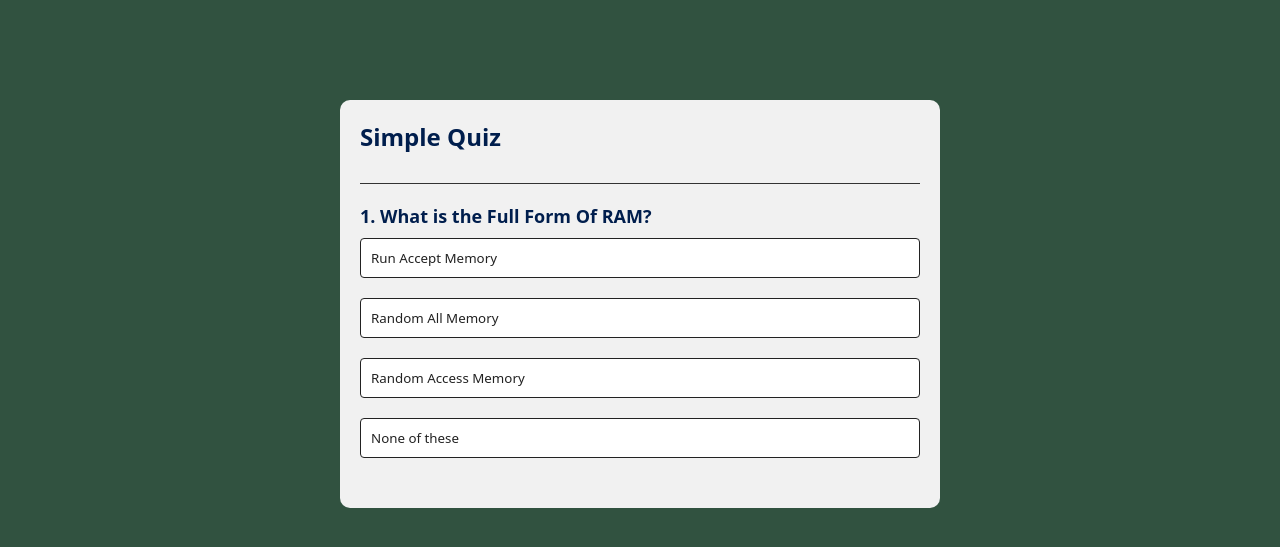
Repository: VickyJacob23/Quiz-App
Page: index.html
The author's editor kept a copy of each file at every save. The page is drawn from the files as they stood at one save, then again after the next save.
The browser window is 1280 px wide. The pictures show the whole page.

Above is the page before, as saved 2024-08-05 18:14:49.

After the next save:
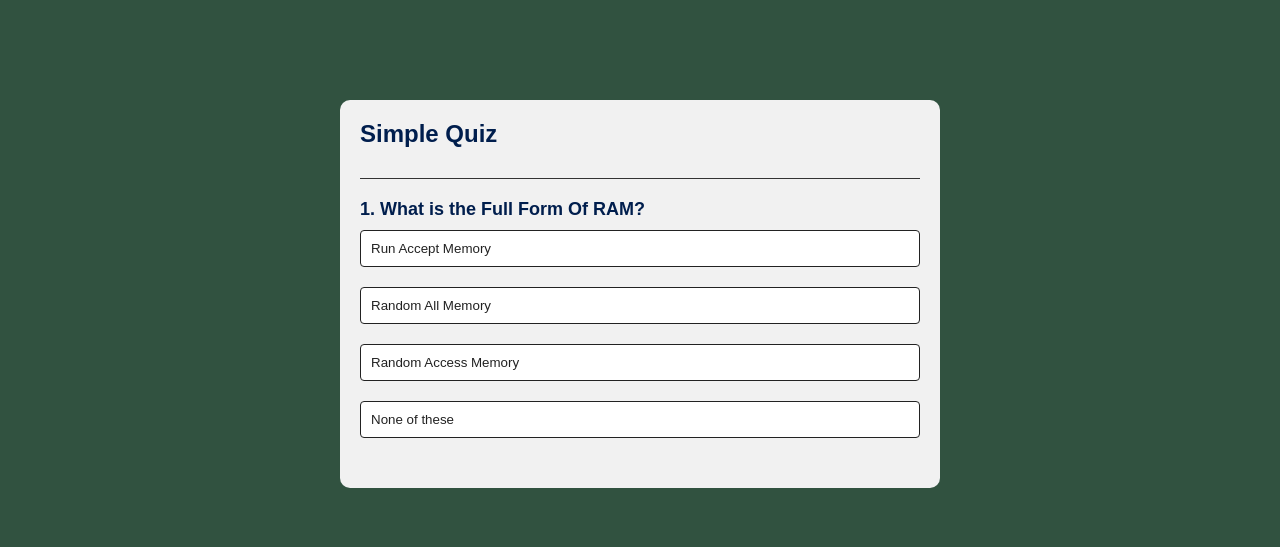
Saved 117 s later.
--- a/styles.css
+++ b/styles.css
@@ -2,7 +2,7 @@
     margin: 0;
     padding: 0;
     box-sizing: border-box;
-    font-family: system-ui, -apple-system, BlinkMacSystemFont, 'Segoe UI', Roboto, Oxygen, Ubuntu, Cantarell, 'Open Sans', 'Helvetica Neue', sans-serif;
+    font-family: 'Poppins', sans-serif;
 }
 
 body{
